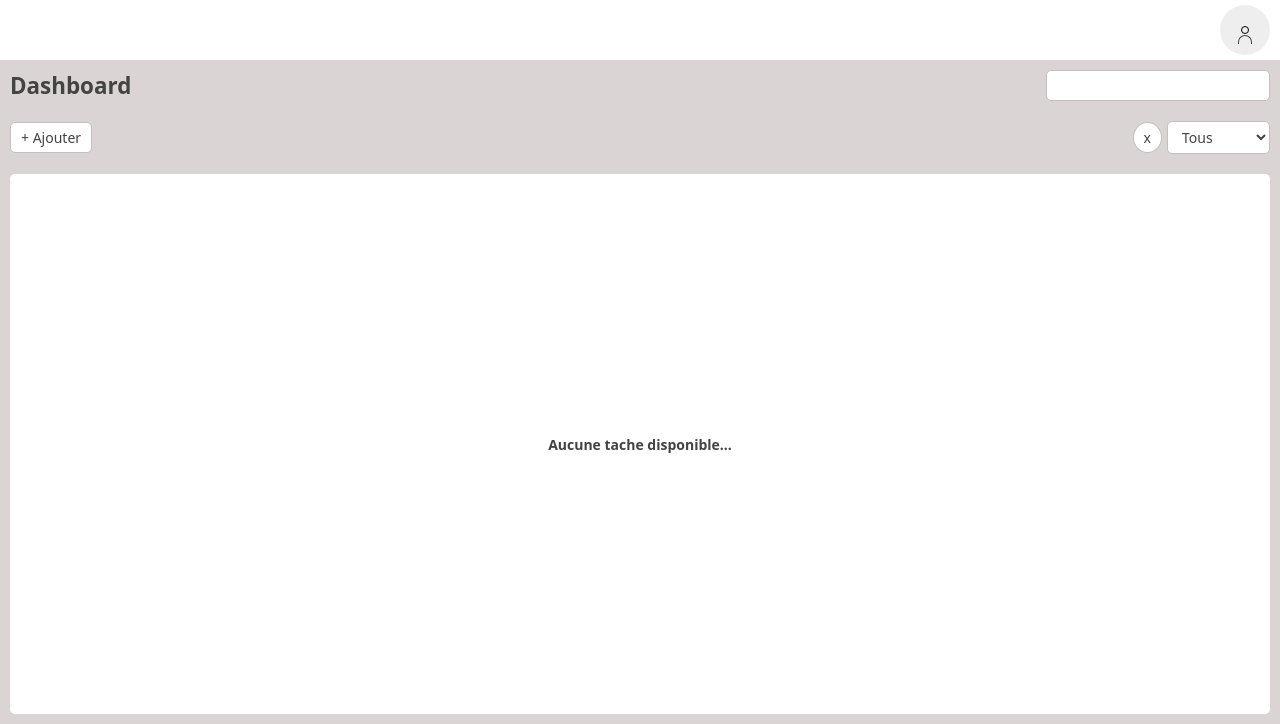
Repository: zpaulange/task_manager
Page: dashboard/index.html
These files come from the project's save history. The page is drawn as it stood at one moment and after a run of saves; the edit follows.
The browser window is 1280 px wide. The pictures show the whole page.

Above is the page before, as saved 2025-03-06 15:12:13.

After the next 3 saves:
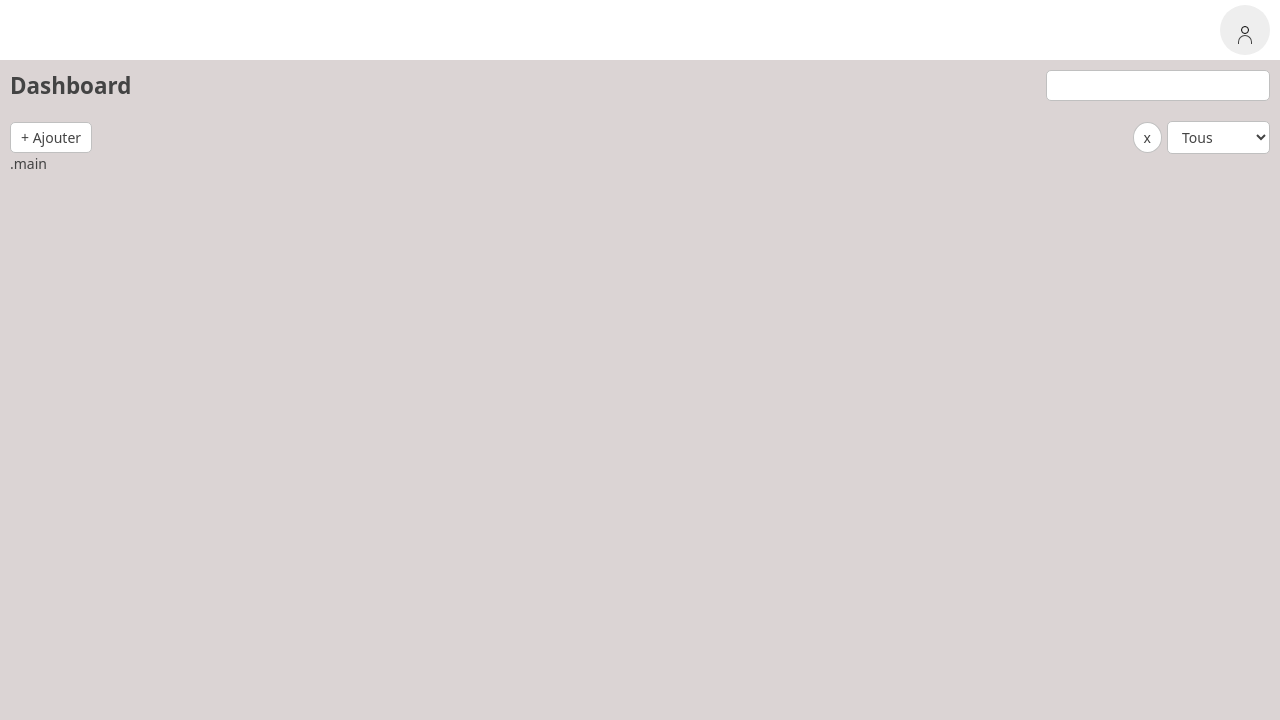
The 3 saves are shown as one change because they came seconds apart.
The last was saved 29 s later.
--- a/dashboard/index.html
+++ b/dashboard/index.html
@@ -34,9 +34,7 @@
           </div>
         </div>
         <section class="main-task">
-          <section class="box box-center">
-            <h1>Aucune tache disponible...</h1>
-          </section>
+          .main
 
         </section>
       </main>
